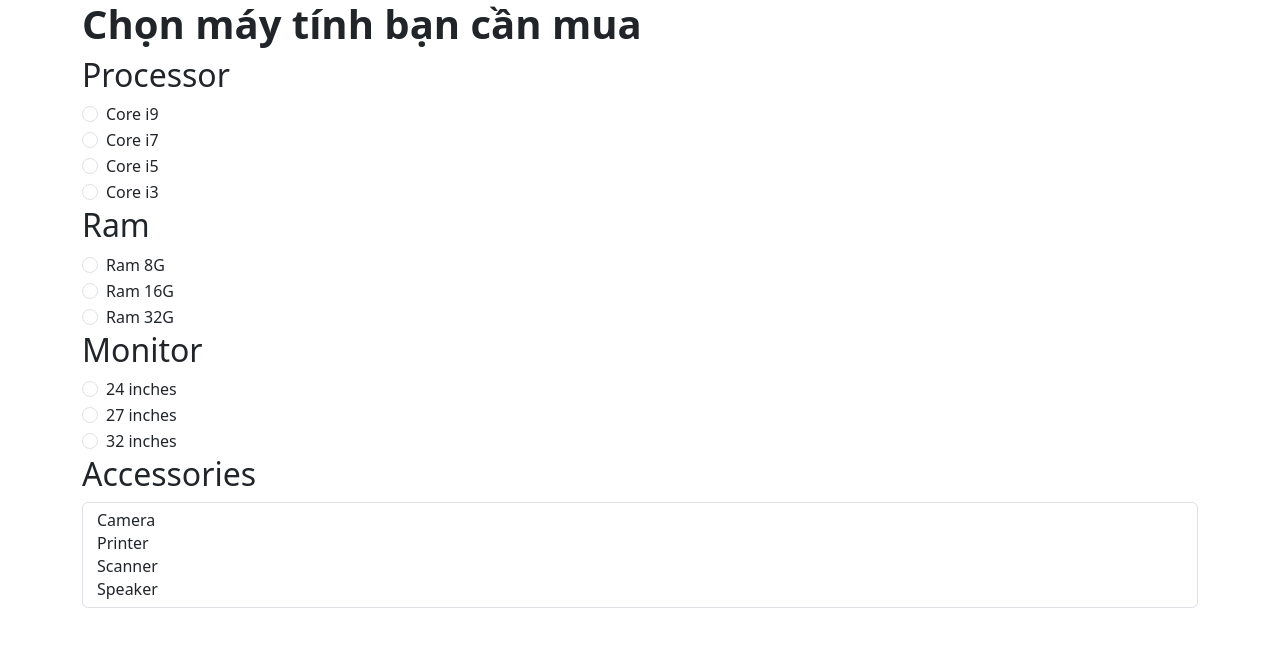
Repository: wuubangdev/bookstore-servlet-jsp
Page: http://localhost/Bai20_JSPCoban_TrangMuaHang/muaMayTinh.jsp
These files come from the project's save history. The page is drawn as it stood at one moment and after the next save; the edit follows.
The browser window is 1280 px wide. The pictures show the whole page.
The page is served by Tomcat 9.

Above is the page before, as saved 2024-03-19 02:58:47.

### Bai20_JSPCoban_TrangMuaHang/src/main/webapp/muaMayTinh.jsp
<%@ page language="java" contentType="text/html; charset=UTF-8"
    pageEncoding="UTF-8"%>
<!DOCTYPE html>
<html>
<head>
<meta charset="UTF-8">
<title>PC</title>
<link href="https://cdn.jsdelivr.net/npm/bootstrap@5.3.3/dist/css/bootstrap.min.css" rel="stylesheet" integrity="sha384-QWTKZyjpPEjISv5WaRU9OFeRpok6YctnYmDr5pNlyT2bRjXh0JMhjY6hW+ALEwIH" crossorigin="anonymous">
<script src="https://cdn.jsdelivr.net/npm/bootstrap@5.3.3/dist/js/bootstrap.bundle.min.js" integrity="sha384-YvpcrYf0tY3lHB60NNkmXc5s9fDVZLESaAA55NDzOxhy9GkcIdslK1eN7N6jIeHz" crossorigin="anonymous"></script>
</head>
<body>
	<div class="container">
		<h1 style="font-weight: bold;">Chọn máy tính bạn cần mua</h1>
		<form id="form-1">
			<h2>Processor</h2>
			<div class="form-check">
			  <input class="form-check-input" type="radio" name="processor" id="corei9">
			  <label class="form-check-label" for="corei9">
			   Core i9
			  </label>
			</div>
			<div class="form-check">
			  <input class="form-check-input" type="radio" name="processor" id="corei7">
			  <label class="form-check-label" for="corei7">
			   Core i7
			  </label>
			</div>
			<div class="form-check">
			  <input class="form-check-input" type="radio" name="processor" id="corei3">
			  <label class="form-check-label" for="corei3">
			   Core i5
			  </label>
			</div>
			<div class="form-check">
			  <input class="form-check-input" type="radio" name="processor" id="corei3">
			  <label class="form-check-label" for="corei3">
			   Core i3
			  </label>
			</div>
			<h2>Ram</h2>
			<div class="form-check">
			  <input class="form-check-input" type="radio" name="ram" id="8G">
			  <label class="form-check-label" for="8G">
			   Ram 8G
			  </label>
			</div>
			<div class="form-check">
			  <input class="form-check-input" type="radio" name="ram" id="16G">
			  <label class="form-check-label" for="16G">
			   Ram 16G
			  </label>
			</div>
			<div class="form-check">
			  <input class="form-check-input" type="radio" name="ram" id="32G">
			  <label class="form-check-label" for="32G">
			   Ram 32G
			  </label>
			</div>
			<h2>Monitor</h2>
			<div class="form-check">
			  <input class="form-check-input" type="radio" name="monitor" id="24i">
			  <label class="form-check-label" for="24i">
			   24 inches
			  </label>
			</div>
			<div class="form-check">
			  <input class="form-check-input" type="radio" name="monitor" id="24i">
			  <label class="form-check-label" for="24i">
			   27 inches
			  </label>
			</div>
			<div class="form-check">
			  <input class="form-check-input" type="radio" name="monitor" id="24i">
			  <label class="form-check-label" for="24i">
			   32 inches
			  </label>
			</div>
			<h2>Accessories</h2>
			<select class="form-select"  multiple aria-label="Default select example" name="accessories">
			  <option value="1">Camera</option>
			  <option value="2">Printer</option>
			  <option value="3">Scanner</option>
			  <option value="4">Speaker</option>
			</select>
		</form>
	</div>
</body>
</html>

After the next save:
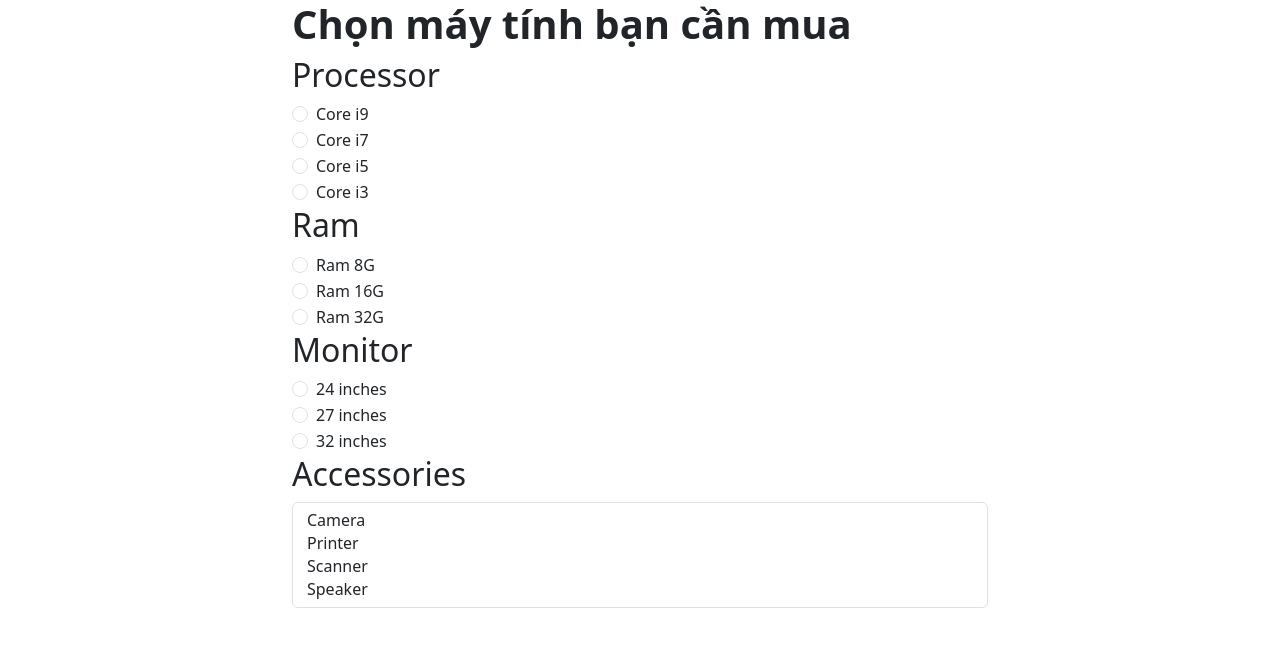
Saved 73 s later.
--- a/Bai20_JSPCoban_TrangMuaHang/src/main/webapp/muaMayTinh.jsp
+++ b/Bai20_JSPCoban_TrangMuaHang/src/main/webapp/muaMayTinh.jsp
@@ -9,7 +9,7 @@
 <script src="https://cdn.jsdelivr.net/npm/bootstrap@5.3.3/dist/js/bootstrap.bundle.min.js" integrity="sha384-YvpcrYf0tY3lHB60NNkmXc5s9fDVZLESaAA55NDzOxhy9GkcIdslK1eN7N6jIeHz" crossorigin="anonymous"></script>
 </head>
 <body>
-	<div class="container">
+	<div class="container" style="width: 720px">
 		<h1 style="font-weight: bold;">Chọn máy tính bạn cần mua</h1>
 		<form id="form-1">
 			<h2>Processor</h2>
